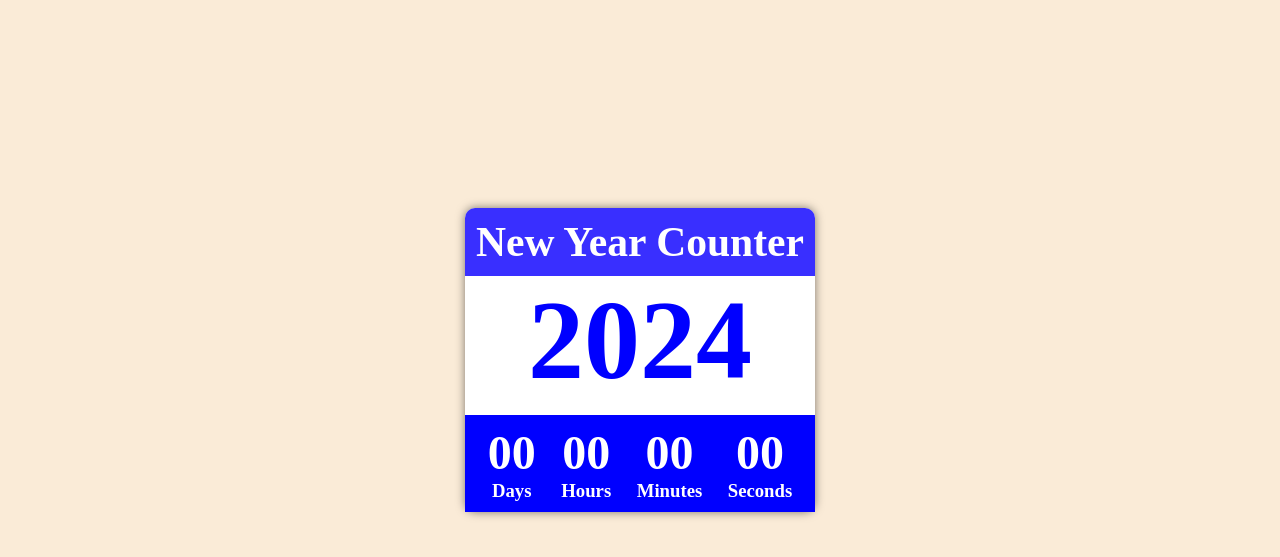
Repository: JunaidAnsari202/New-Year-counter
Page: index.html
The author's editor kept a copy of each file at every save. The page is drawn from the files as they stood at one save, then again after a run of saves.
The browser window is 1280 px wide. The pictures show the whole page.

Above is the page before, as saved 2024-11-13 16:05:00.

### index.html
<!DOCTYPE html>
<html lang="en">
<head>
    <meta charset="UTF-8">
    <meta name="viewport" content="width=device-width, initial-scale=1.0">
    <title>New Year Counter</title>
    <link rel="stylesheet" href="style.css">

</head>
<body>
    <div class="container">
        <div class="header">
            <h1>New Year Counter</h1>
        </div>
        <div class="next-year">
            <h1 id="next-year">2024</h1>
        </div>

        <div class="counter">
           <div class="days">
            <h1 id="days">00</h1>
            <h3>Days</h3>
           </div>

           <div class="hours">
            <h1 id="hours">00</h1>
            <h3>Hours</h3>
           </div>

           <div class="minutes">
            <h1 id="minutes">00</h1>
            <h3>Minutes</h3>
           </div>

           <div class="seconds">
            <h1 id="seconds">00</h1>
            <h3>Seconds</h3>
           </div>
        </div>
    </div>

    <script src="script.js"></script>
</body>
</html>

### style.css
*{
    margin: 0;
    padding: 0;
    box-sizing: border-box;
}

body{
    background-color: antiquewhite;
    display: flex;
    justify-content: center;
    align-items: center;
    height: 100vh;
}

.container{
    background-color: white;
    width: 350px;
    border-radius: 10px;
    text-align: center;
    box-shadow:0 0 10px 0 rgba(0 , 0, 0, 0.5) ;
}

.header{
    background-color: rgb(57, 47, 255);
    padding: 10px;
    border-top-left-radius: 10px;
    border-top-right-radius: 10px;
    color: white;
    font-size: 1.3rem;
}

.next-year{
    font-size:3.5rem ;
    font-weight: bold;
    color: blue;
    margin-bottom: 10px;
}

.counter{
    display: flex;
    justify-content: space-around;
    background-color: blue;
    color: white;
    padding: 10px;
}

#days, #hours, #minutes, #seconds{
    font-size: 3rem;
    font-weight: bold;
}

### script.js
const days=document.querySelector('#days');
const hours=document.querySelector('#hours');
const minutes=document.querySelector('#minutes');
const seconds=document.querySelector('#seconds');

const currentYear = new Date().getFullYear();
const nextYear = currentYear + 1;

setInterval(()=>{
    const currentDate = new Date();
    const newYearDate = new Date('January 01 ${nextYear} 00:00:00');
    const totalSeconds =(newYearDate-currentDate)/1000;

    const daysLeft = Math.floor(totalSeconds / 3600 / 24);
    const hoursleft = Math.floor(totalSeconds / 3600) % 24;
    const minutesLeft = Math.floor(totalSeconds /60) % 60;
     const secondsLeft = Math.floor(totalSeconds) % 60;

})

After the next 28 saves:
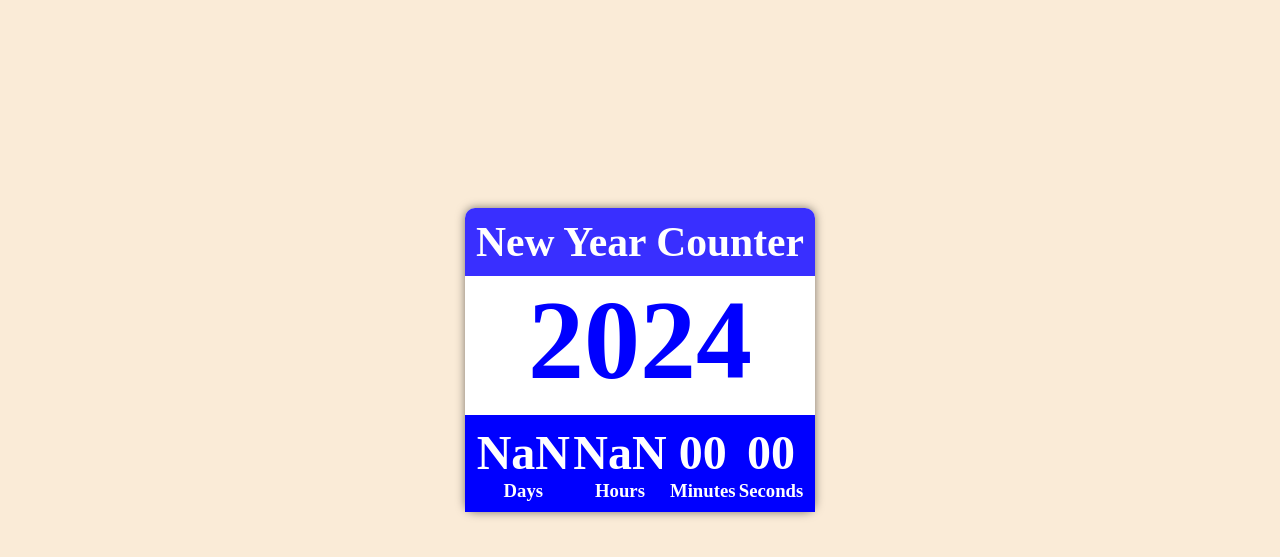
The 28 saves are shown as one change because they came seconds apart.
The last was saved 119 s later.
--- a/script.js
+++ b/script.js
@@ -16,4 +16,7 @@ setInterval(()=>{
     const minutesLeft = Math.floor(totalSeconds /60) % 60;
      const secondsLeft = Math.floor(totalSeconds) % 60;
 
-})
+     days.innerHTML = daysLeft;
+     hours.innerHTML = hoursleft;
+
+    })
